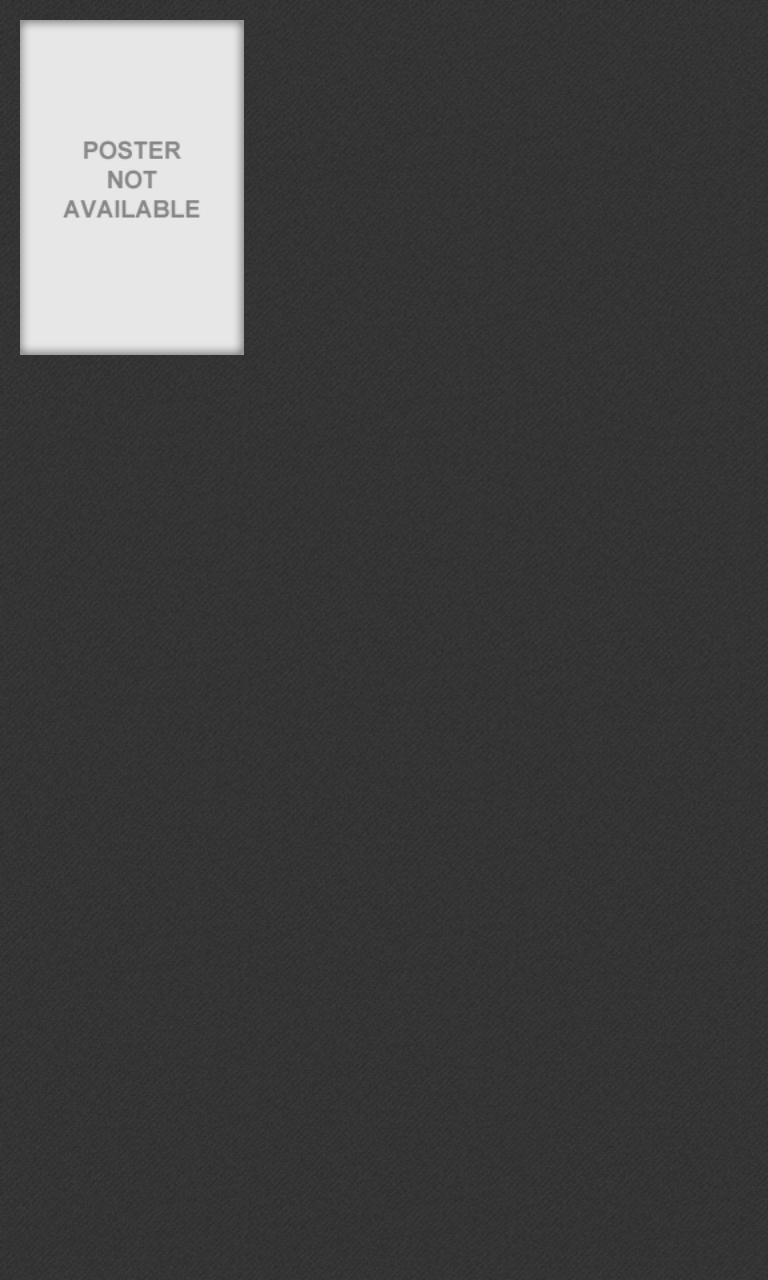
Repository: STracker/STrackerAndroid
Layout: STracker/res/layout/activity_episode.xml
The author's editor kept a copy of each file at every save. The layout is drawn from the files as they stood at one save, then again after the next save.
It is drawn on a 768 x 1280 px phone screen (xhdpi) without system bars, with theme AppTheme; the app's code is not run.

Above is the layout before, as saved 2013-06-02 22:17:15.

### STracker/res/layout/activity_episode.xml
<?xml version="1.0" encoding="utf-8"?>
<LinearLayout xmlns:android="http://schemas.android.com/apk/res/android"
    android:layout_width="match_parent"
    android:layout_height="match_parent"
    android:orientation="vertical"
    android:background="@layout/backrepeat" >

    <ImageView
	        android:id="@+id/banner_id"
	        android:layout_width="wrap_content"
	        android:layout_height="wrap_content"
	        android:layout_marginTop="10dp"
	        android:paddingLeft="10sp"
	        android:paddingRight="10sp"
	        android:contentDescription="@string/banner_desc"
	        android:src="@drawable/img_no_poster" />

</LinearLayout>

### STracker/res/layout/backrepeat.xml
<?xml version="1.0" encoding="utf-8"?>
<bitmap xmlns:android="http://schemas.android.com/apk/res/android"
    android:src="@drawable/bckgnd_pattern"
    android:tileMode="repeat" />

### STracker/res/values/strings.xml
<?xml version="1.0" encoding="utf-8"?>
<resources>
    <string name="app_name">STracker</string>
    <string name="search_hint">Search Series</string>
	<string name="next_episode">Next Episodes</string>
	<string name="start_btn">Serie Request!</string>
	<string name="async_task">Serie Information</string>

	<!-- Information about TvShow -->
	<string name="serie_name">Name: </string>
	<string name="serie_desc">Description: </string>
	<string name="serie_runtime">Runtime: </string>
	<string name="serie_airday">Airday: </string>
	<string name="serie_genres">Genres: </string>
	<string name="serie_rating">Rating: </string>
	<string name="poster_desc">Poster</string>

	<!-- Menu Items -->
	<string name="action_profile">Profile</string>
	<string name="action_friends">Friends</string>
	<string name="action_series">Following</string>
	<string name="action_settings">Settings</string>
	<string name="action_search">Search</string>
	<string name="action_messages">Messages</string>
	<string name="subitem_search_by_name">Search by Name</string>
	<string name="subitem_search_by_genre">Search by Genre</string>
	<string name="subitem_search_friend">Search Friend</string>

	<!-- Menu TvShow -->
	<string name="action_more_info">Information</string>
	<string name="subitem_seasons">Seasons</string>
	<string name="subitem_comments">Comments</string>
	<string name="subitem_cast">Cast</string>

	<!-- Episode Information -->
	<string name="banner_desc">Banner</string>
</resources>

Loaded but not shown: STracker/res/values/styles.xml (common file); STracker/res/values-v11/styles.xml (common file); STracker/res/values-v14/styles.xml (common file)

After the next save:
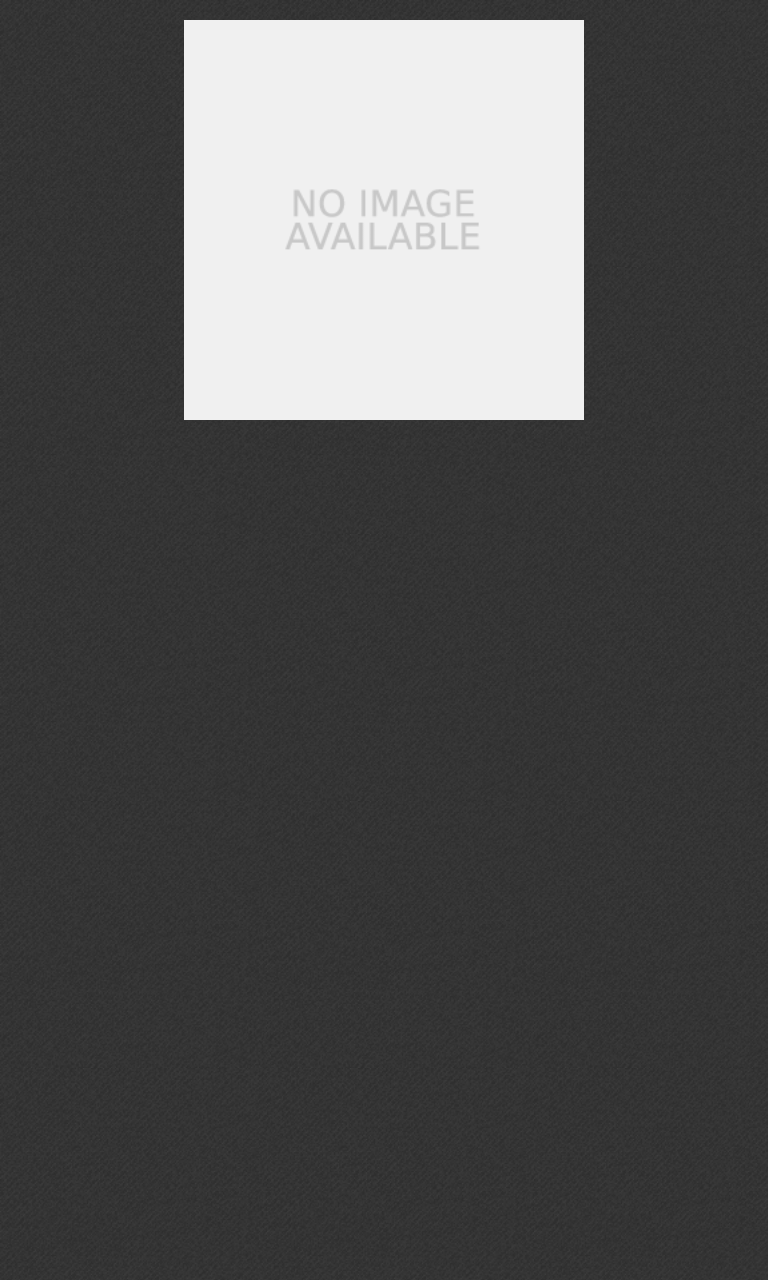
Saved 2 min 56 s later.
--- a/STracker/res/layout/activity_episode.xml
+++ b/STracker/res/layout/activity_episode.xml
@@ -7,12 +7,12 @@
 
     <ImageView
 	        android:id="@+id/banner_id"
-	        android:layout_width="wrap_content"
+	        android:layout_width="match_parent"
 	        android:layout_height="wrap_content"
 	        android:layout_marginTop="10dp"
 	        android:paddingLeft="10sp"
 	        android:paddingRight="10sp"
 	        android:contentDescription="@string/banner_desc"
-	        android:src="@drawable/img_no_poster" />
+	        android:src="@drawable/img_no_banner" />
 
 </LinearLayout>
